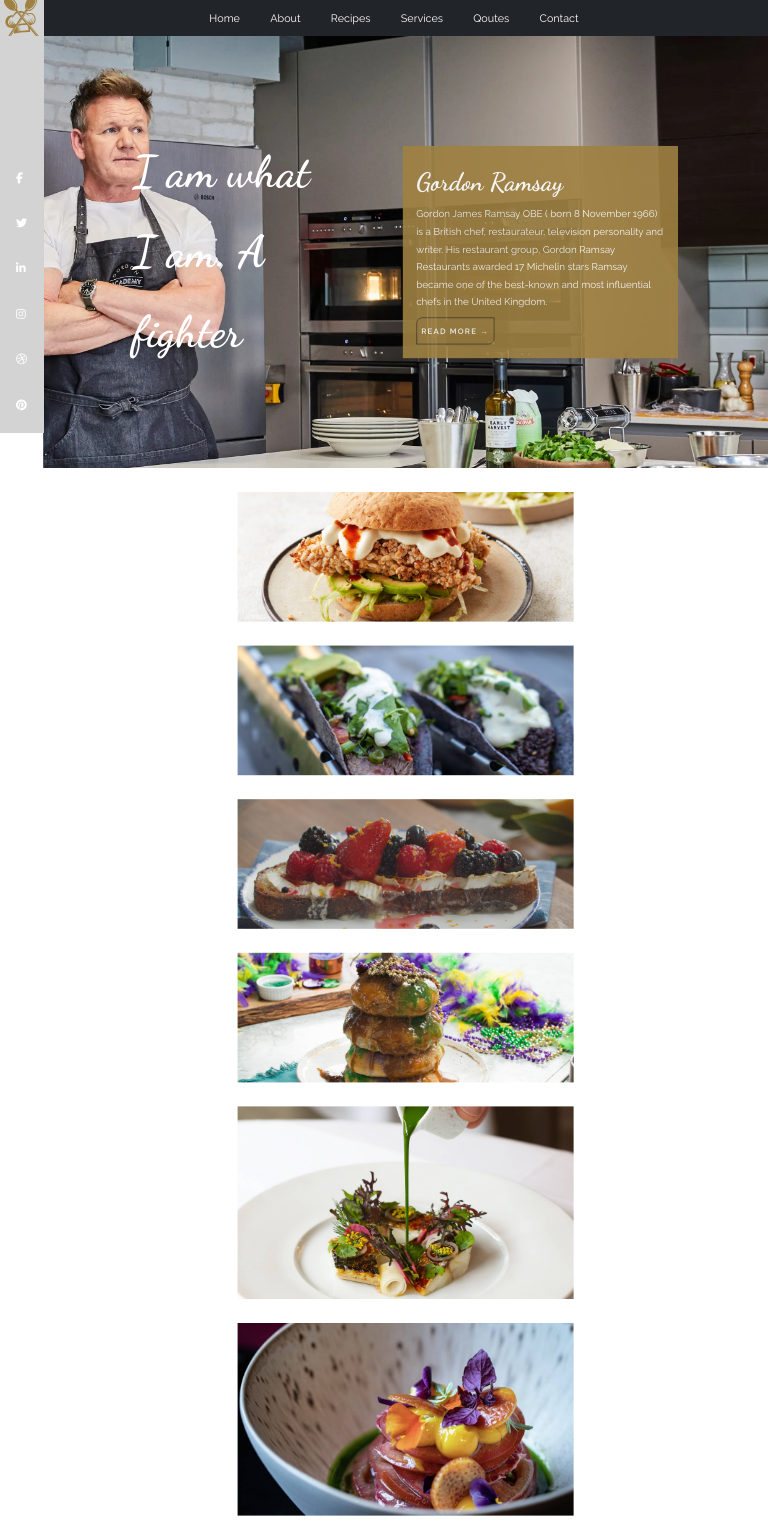
Repository: Esraa22M/Gordon-Ramsay-Biography
Page: index.html
The author's editor kept a copy of each file at every save. The page is drawn from the files as they stood at one save, then again after the next save.
The browser window is 1280 px wide. The pictures show the whole page, at 60% of full size.
Backgrounds fixed to the window are drawn as part of the page. Some web libraries are served in a nearby version.

Above is the page before, as saved 2022-12-13 19:57:05.

### index.html
<!DOCTYPE html>
<html lang="en">

<head>
    <meta charset="UTF-8">
    <meta http-equiv="X-UA-Compatible" content="IE=edge">
    <meta name="viewport" content="width=device-width, initial-scale=1.0">
    <title>Gordon-Ramsay-Biography
    </title>
    <!-- google fonts -->
    <link rel="preconnect" href="https://fonts.googleapis.com">
    <link rel="preconnect" href="https://fonts.gstatic.com" crossorigin>
    <link
        href="https://fonts.googleapis.com/css2?family=Dancing+Script:wght@400;500;600;700&family=Raleway:ital,wght@0,100;0,200;0,300;0,400;0,500;0,600;0,700;0,800;0,900;1,100;1,200;1,300;1,400;1,500;1,600;1,700;1,800;1,900&display=swap"
        rel="stylesheet">
    <link href="https://fonts.googleapis.com/css2?family=Dancing+Script:wght@400;500;600;700&display=swap"
        rel="stylesheet">

    <!-- external style -->
    <link rel="stylesheet" href="style.css" />
    <!-- fontawsome -->
    <script src="https://kit.fontawesome.com/8684e53235.js" crossorigin="anonymous"></script>
    <!-- scripts -->
    <script src="main.js" defer></script>
</head>

<body>
    <!-- Asidebar Nav-->
    <aside id="aside-nav">
        <div class="aside--nav__content">
            <img src="./img/chef-logo.svg" alt="side Navbar logo" class="aside--nav__content__logo">

            <nav class="aside-nav__content__nav" role="side nav">
                <ul class="aside--nav__content__nav--social">
                    <li><a href="#"><i class="fab fa-facebook-f"></i></a></li>
                    <li><a href="#"><i class="fab fa-twitter"></i></a></li>
                    <li><a href="#"><i class="fab fa-linkedin-in"></i></a></li>
                    <li><a href="#"><i class="fab fa-instagram"></i></a></li>
                    <li><a href="#"><i class="fab fa-dribbble"></i></a></li>
                    <li><a href="#"><i class="fa-brands fa-pinterest"></i></a></li>
                </ul>
            </nav>
        </div>
    </aside>
    <!-- Main Content -->
    <main>
        <header id="header">
            <div class="primary-nav-container">
                <!-- hamburger icon -->
                <div class="header__primary-nav--hamburger">
                    <div class="line line-1"></div>
                    <div class="line line-2"></div>
                    <div class="line line-3"></div>
                </div>
                <!-- Primary Nav -->
                <nav id="header__primary-nav">

                    <ul class="header__primary-nav-links">
                        <li class="header__primary-nav-links--link-item"><a href="#"
                                class="header__primary-nav--nav-link">Home</a></li>
                        <li class="header__primary-nav-links--link-item"><a href="#"
                                class="header__primary-nav--nav-link">About</a></li>
                        <li class="header__primary-nav-links--link-item"><a href="#"
                                class="header__primary-nav--nav-link">Recipes</a></li>
                        <li class="header__primary-nav-links--link-item"><a href="#"
                                class="header__primary-nav--nav-link">Services</a></li>
                        <li class="header__primary-nav-links--link-item"><a href="#"
                                class="header__primary-nav--nav-link">Qoutes</a></li>
                        <li class="header__primary-nav-links--link-item"><a href="#"
                                class="header__primary-nav--nav-link">Contact</a></li>
                    </ul>
                </nav>
            </div>
        </header>
        <!-- hero section -->
        <section id="show-case">
            <h1 class="show-case__word">I am what I am. A fighter</h1>
            <div class="show-case__content">
                <h1 class="show-case__content-title"> Gordon Ramsay
                </h1>
                <p class="show-case__content--bio">Gordon James Ramsay OBE ( born 8 November 1966) is a British chef,
                    restaurateur, television personality and
                    writer. His restaurant group, Gordon Ramsay Restaurants awarded 17
                    Michelin stars
                    Ramsay became one of the best-known and most influential chefs in the United Kingdom.
                </p>
                <a href="#" class="show-case__content--link">Read More &#8594
                </a>
            </div>
        </section>
        <!-- work section -->
        <section id="work">
            <div class="work__card">
                <img src="./img/Dishes/California-fried-chicken-sandwich.png" alt="recipe"/>
            </div>
            <div class="work__card">
                <img src="./img/Dishes/CroppedFocusedImage.jpg" alt="recipe" />
            </div>
            <div class="work__card">
                <img src="./img/Dishes/FruitsCake.png" alt="recipe" />
            </div>
            <div class="work__card">
                <img src="./img/Dishes/KingCake.jpg" alt="recipe" />
            </div>
            <div class="work__card">
                <img src="./img/Dishes/Lean-MACHINE-chicken-skewers.jpg" alt="recipe" />
            </div>
            <div class="work__card">
                <img src="./img/Dishes/Mushroomtoast.jpg" alt="recipe" />
            </div>
        </section>
    </main>
</body>

</html>

### style.css
*,
*::after,
*::before {
  box-sizing: border-box;
  margin: 0;
  padding: 0;
}
/* utility components */
:root {
  font-size: 62.5%;
  /* colors */
  --clr-neutral-200: rgb(47, 45, 45);
  --clr-neutral-100: #212529;
  --clr-light: #ffff;
  --clr-primary: rgb(159, 129, 66);
  --ff-primary: "Raleway", sans-serif;

  --ff-secondary: "Dancing Script", cursive;
}
body {
  font-family: var(--ff-primary);
  line-height: 1.8;
  display: flex;
  width: 100vw;
}
ul {
  list-style: none;
}
a:link,
a:visited {
  text-decoration: none;
  cursor: pointer;
  color: var(--clr-light);
}
/* -------------------Main Styling-------*/

/* ---side nav-- */
#aside-nav {
  position: sticky;
  top: 0;
  left: 0;
  height: 100vh;
}
.aside--nav__content {
  height: 100vh;
  display: flex;
  flex-direction: column;
  justify-content: space-between;
  background-color: lightgray;
  align-items: center;
}
.aside--nav__content__logo {
  width: calc(3vw + 3vh);
  height: calc(3vw + 3vh);
  object-fit: cover;
}
.aside-nav__content__nav {
  height: 100%;
  display: flex;
  flex-direction: column;
  align-items: center;
  padding: calc(0.3em + 0.4vw);
  justify-content: flex-end;
}
.aside--nav__content__nav--social {
  list-style: none;
}

.aside--nav__content__nav--social a i {
  font-size: calc(1rem + 0.666vw);
  color: var(--clr-light);
  margin: calc(2rem + 0.666vw) calc(1rem + 0.666vw);
  transition: color 0.3s cubic-bezier(0.075, 0.82, 0.165, 1);
}

.aside--nav__content__nav--social a i:hover,
.aside--nav__content__nav--social a i:focus-within,
.aside--nav__content__nav--social a i:active {
  color: var(--clr-primary);
}
/* Main content */
main {
  flex: 1;
}
/* ---Primary Nav ---*/
header#header {
  background-color: var(--clr-neutral-100);
  width: 100%;
}
:where(#header__primary-nav) {
  height: calc(3vw + 3vh);
  width: 100%;
}
.header__primary-nav-links {
  display: flex;
  height: 100%;
  justify-content: center;
  align-items: center;
}
.header__primary-nav-links .header__primary-nav-links--link-item {
  padding-right: 3vw;
}
.header__primary-nav--nav-link {
  font-size: 1.8rem;
  text-transform: capitalize;
  position: relative;
  padding: 0.2rem 0.6rem;
}
.header__primary-nav--nav-link:link::before,
.header__primary-nav--nav-link:visited::before,
.header__primary-nav--nav-link:link::after,
.header__primary-nav--nav-link:visited::after {
  content: "";
  position: absolute;
  left: 0;
  width: 100%;
  height: 0.25rem;
  background-color: var(--clr-primary);
  transform: scaleX(0);
  transition: transform 0.6s cubic-bezier(1, 0, 0, 1);
}
.header__primary-nav--nav-link:link::before,
.header__primary-nav--nav-link:visited::before {
  top: 0;
  transform-origin: right;
}
.header__primary-nav--nav-link:link::after,
.header__primary-nav--nav-link:visited::after {
  bottom: 0;
  transform-origin: left;
}
.header__primary-nav--nav-link:hover::before,
.header__primary-nav--nav-link:active::before,
.header__primary-nav--nav-link:hover::after,
.header__primary-nav--nav-link:active::after {
  transform: scaleX(1);
}
/*-------------showcase section---------------*/
section#show-case {
  background-image: url("./img/GRA_Gordon_010921.webp");
  background-size: cover;
  object-fit: cover;
  background-attachment: fixed;
  background-position: center;
  height: 100vh;
  color: var(--clr-light);
  display: flex;
  justify-content: space-evenly;
  align-items: center;
}
.show-case__content {
  background-color: var(--clr-primary);
  opacity: 0.9;
  padding: calc(1rem + 1vw);
  min-height: calc(5rem + 20vmax);
  width: calc(5rem + 32vmax);
  display: flex;
  flex-direction: column;
  justify-content: space-between;
  animation: hero 2s ease-in-out;
}
@keyframes hero {
  0% {
    transform: translateX(-60rem) rotate(369deg);
    opacity: 0;
  }
  100% {
    transform: translateX(0);
    opacity: 1;
  }
}
.show-case__word {
  width: 30rem;
  font-size: calc(1rem + 5vw);
}
.show-case__content-title {
  font-size: calc(1rem + 2.5vw);
}
.show-case__content-title,
.show-case__word {
  font-family: var(--ff-secondary);
}
.show-case__content--bio {
  font-size: calc(1rem + 0.5vw);
}
.show-case__content--link:visited,
.show-case__content--link:link {
  padding: 1rem 0;
  transition: all 0.5s ease-in-out;
  width: 13rem;
  text-align: center;
  margin-top: 1rem;

  text-transform: uppercase;
  font-size: 1.3rem;
  position: relative;
  border: 1px solid var(--clr-neutral-200);
  border-bottom-right-radius: 1rem 1rem;
  border-top-left-radius: 1rem 1rem;
  font-weight: 600;
  letter-spacing: 0.2rem;
}
.show-case__content--link:visited::after,
.show-case__content--link:link::after {
  content: "";
  position: absolute;
  z-index: -2;
  inset: 0;
  background-color: var(--clr-neutral-200);
  transform: scaleX(0);
  transform-origin: right;
  transition: transform 0.4s;
}
.show-case__content--link:visited:hover,
.show-case__content--link:link:hover {
  border-radius: unset;
  border: unset;
}
.show-case__content--link:hover::after,
.show-case__content--link:active::after {
  transform: scaleX(1);
  transform-origin: left;
}

/* work section */
section#work {
  display: flex;
  flex-wrap: wrap;
  justify-content: center;
  padding: 2rem;
}
div.work__card {
  padding: 2rem;
  flex-basis: 60rem;
}
div.work__card img {
  width: 100%;
  height: 100%;
  object-fit: cover;
}
@media screen and (max-width: 950px) {
  /*showcase section**/
  section#show-case {
    background-image: url(./img/GRA_Gordon.png);
    justify-content: space-evenly;
    align-items: flex-end;
    flex-direction: column;
    background-position: 10%;
  }
  .show-case__content,
  .show-case__word {
    width: 40%;
  }
}
/* max width (610px) */
@media screen and (max-width: 610px) {
  .primary-nav-container {
    position: relative;
  }
  :where(#header__primary-nav) {
    width: 30rem;
    height: 100%;
    position: fixed;
    background-color: var(--clr-neutral-200);
    top: 0;
    right: 0;
    z-index: 100;
    opacity: 0;
    text-align: center;
  }
  .main__nav--position {
    opacity: 1;
  }
  .header__primary-nav-links {
    flex-direction: column;
    align-items: flex-start;
  }

  /* .header__primary-nav-links::after {
    content: "";
    position: absolute;
    height: 50%;
    width: 50%;
    opacity: 0.8;
    z-index: -1;
    border-radius: 10px 5% / 20px 25em 30px 35em;

    background-color: var(--clr-neutral-100);
    box-shadow: 0 0 0.3rem 0.1rem var(--clr-primary);
    left: 2rem;
  } */

  .header__primary-nav-links :where(.header__primary-nav-links--link-item) {
    margin-bottom: 4vh;
    margin-left: 6vw;
    opacity: 0;
  }

  .header__primary-nav--hamburger {
    width: 5rem;
    height: 5rem;
    position: fixed;
    z-index: 200;
    top: 2rem;
    right: 3rem;
    background-color: var(--clr-neutral-200);
    cursor: pointer;
    border-radius: 50%;
    padding: 1rem;
    display: flex;
    flex-direction: column;
    justify-content: space-around;
  }
  .line {
    width: 100%;
    height: 0.3rem;
    background-color: var(--clr-light);
    border-radius: 0.2rem;
    transition: all 0.4s ease-in-out;
  }
  .primary-nav-container[aria-expanded="true"] .line-1 {
    transform: rotateZ(-405deg) translate(-1.25rem);
  }
  .primary-nav-container[aria-expanded="true"] .line-2 {
    opacity: 0;
  }
  .primary-nav-container[aria-expanded="true"] .line-3 {
    transform: rotateZ(45deg) translate(-1.5rem);
  }
  .fade {
    opacity: 1;
  }
  section#show-case {
    background-position: 10%;
    align-items: center;
  }
  .show-case__content,
  .show-case__word {
    width: 90%;
  }
}

### main.js
/*----------primary nav------------*/
const mainNavContainer = document.querySelector(".primary-nav-container");
const hamburgerContainer = document.querySelector("#header__primary-nav");
const hamburger = document.querySelector(".header__primary-nav--hamburger");
const links = document.querySelectorAll(".header__primary-nav-links li");
let handleMainNavbarExpantion = function () {
  hamburgerContainer.classList.contains("main__nav--position")
    ? mainNavContainer.setAttribute("aria-expanded", false)
    : mainNavContainer.setAttribute("aria-expanded", true);
  hamburgerContainer.classList.toggle("main__nav--position");
  links.forEach((link, i) => {
    link.style.transition = `all 0.5s ease-in-out ${i * 0.2 + 0.2}s`;
    link.classList.toggle("fade");
  });
};
hamburger.addEventListener("click", handleMainNavbarExpantion);

Loaded but not shown: img/chef-logo.svg (8 lines, source omitted)

After the next save:
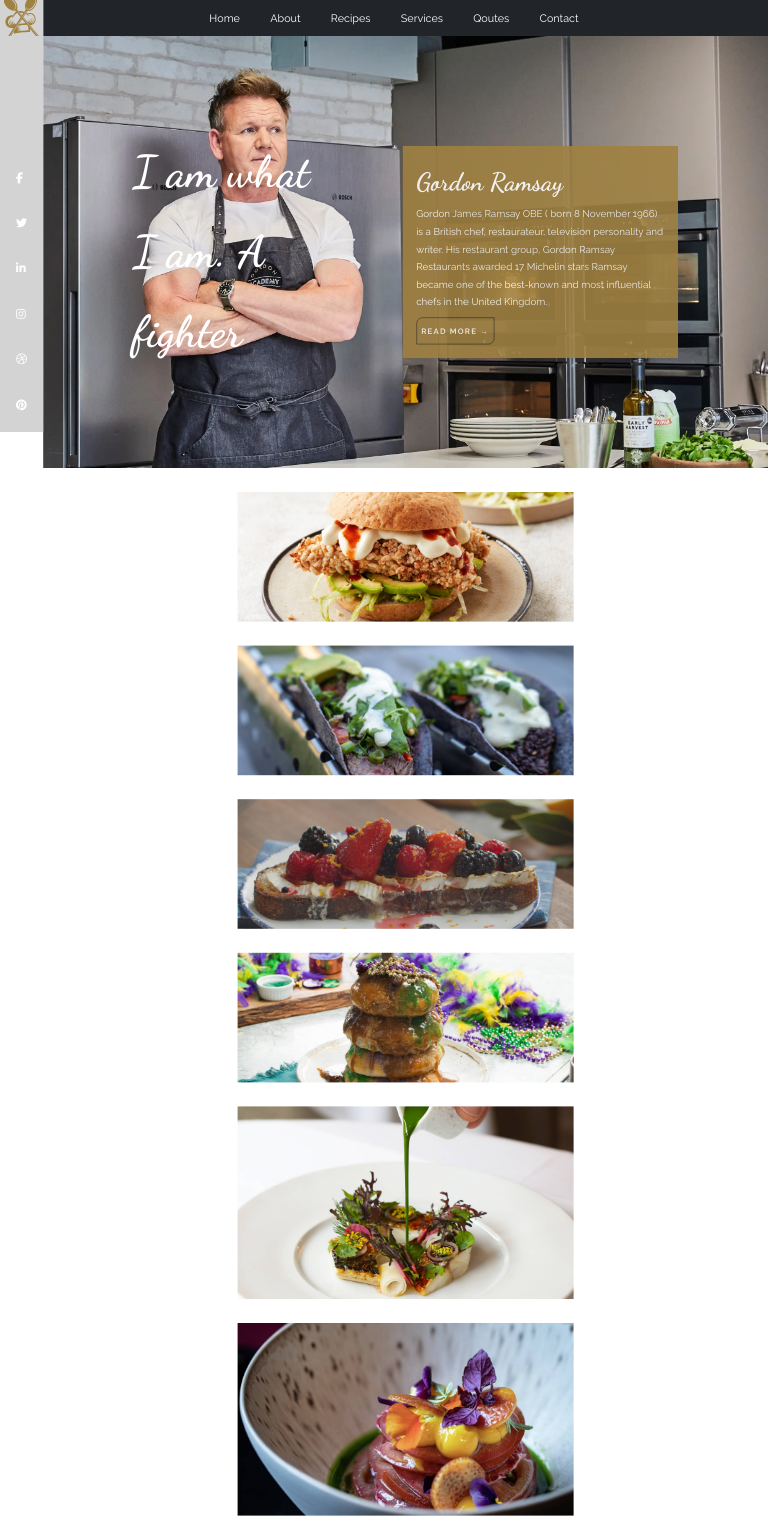
Saved 113 s later.
--- a/style.css
+++ b/style.css
@@ -141,7 +141,7 @@
   background-size: cover;
   object-fit: cover;
   background-attachment: fixed;
-  background-position: center;
+  background-position: 20%;
   height: 100vh;
   color: var(--clr-light);
   display: flex;
